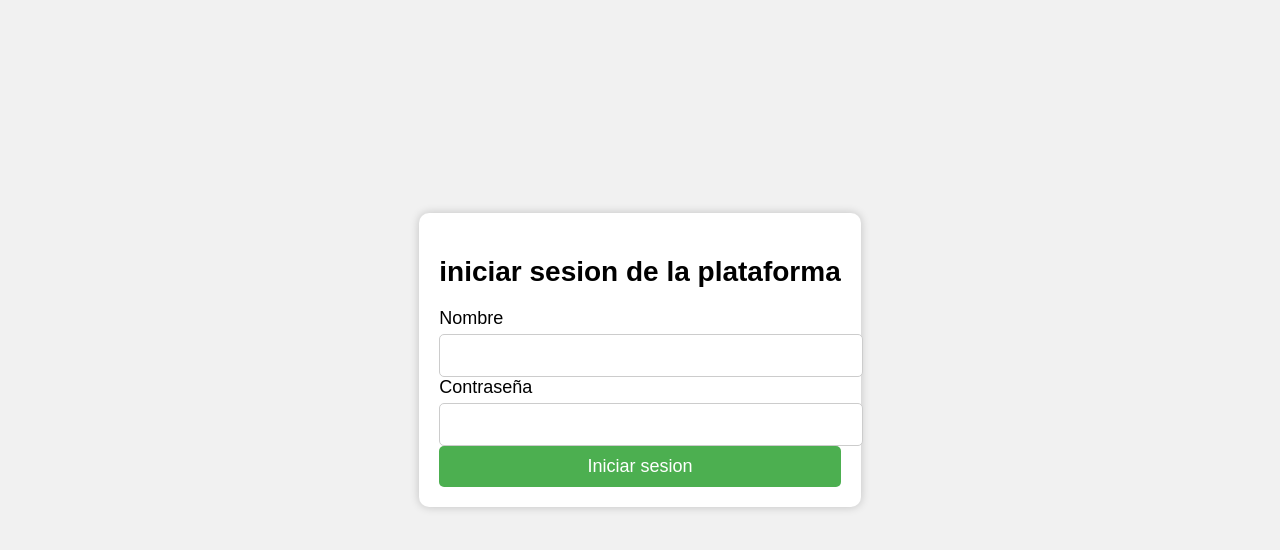
Repository: n0soyHacker/school-administration-app
Page: /
The author's editor kept a copy of each file at every save. The page is drawn from the files as they stood at one save, then again after the next save.
The browser window is 1280 px wide. The pictures show the whole page.
The project was rebuilt for these pictures with package versions that can differ from the ones it lists, and the page was loaded fresh each time.

Above is the page before, as saved 2023-02-18 19:32:50.

After the next save:
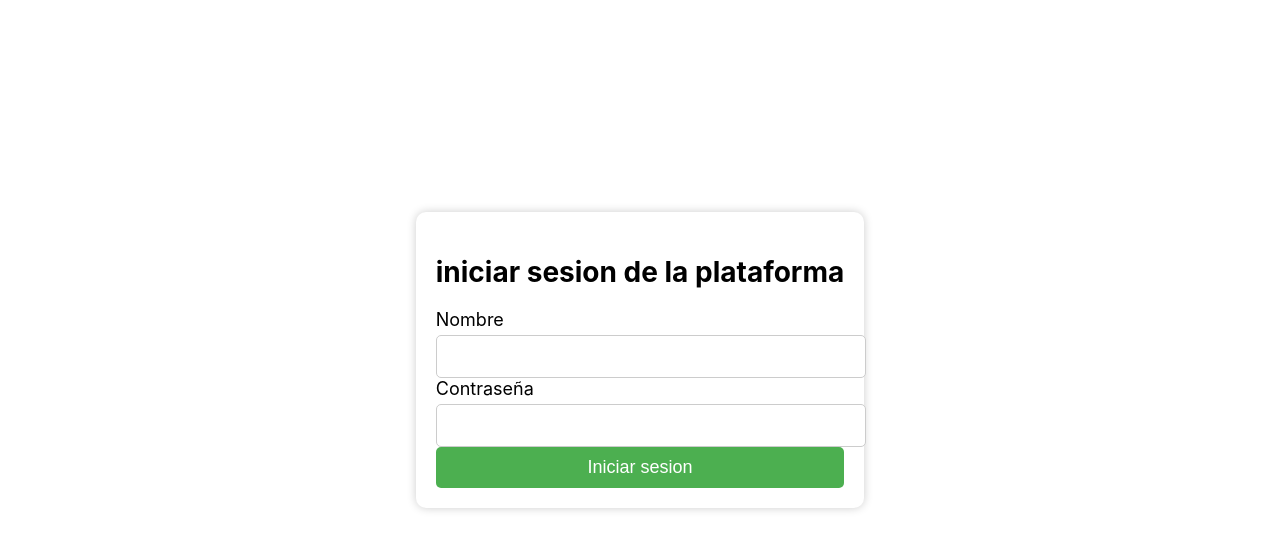
Saved 2 min 23 s later.
--- a/src/styleForm.css
+++ b/src/styleForm.css
@@ -1,60 +1,55 @@
-body {
-    font-family: sans-serif;
-    background-color: #f1f1f1;
-  }
+.container {
+  display: flex;
+  justify-content: center;
+  align-items: center;
+  height: 100vh;
+}
 
-  .container {
-    display: flex;
-    justify-content: center;
-    align-items: center;
-    height: 100vh;
-  }
+.form-container {
+  max-width: 500px;
+  background-color: #fff;
+  padding: 20px;
+  border-radius: 10px;
+  box-shadow: 0 0 10px rgba(0, 0, 0, 0.2);
+}
 
-  form {
-    max-width: 500px;
-    background-color: #fff;
-    padding: 20px;
-    border-radius: 10px;
-    box-shadow: 0 0 10px rgba(0, 0, 0, 0.2);
-  }
+h2 {
+  text-align: center;
+  font-size: 28px;
+  margin-bottom: 20px;
+}
 
-  h2 {
-    text-align: center;
-    font-size: 28px;
-    margin-bottom: 20px;
-  }
+.form-group {
+  margin-bottom: 20px;
+}
 
-  .form-group {
-    margin-bottom: 20px;
-  }
+label {
+  display: block;
+  margin-bottom: 5px;
+  font-size: 18px;
+}
 
-  label {
-    display: block;
-    margin-bottom: 5px;
-    font-size: 18px;
-  }
+input {
+  width: 100%;
+  padding: 10px;
+  font-size: 18px;
+  border-radius: 5px;
+  border: 1px solid #ccc;
+}
 
-  input {
-    width: 100%;
-    padding: 10px;
-    font-size: 18px;
-    border-radius: 5px;
-    border: 1px solid #ccc;
-  }
+button[type="submit"] {
+  display: block;
+  width: 100%;
+  padding: 10px;
+  background-color: #4CAF50;
+  color: #fff;
+  font-size: 18px;
+  border: none;
+  border-radius: 5px;
+  cursor: pointer;
+  transition: background-color 0.2s;
+}
 
-  button[type="submit"] {
-    display: block;
-    width: 100%;
-    padding: 10px;
-    background-color: #4CAF50;
-    color: #fff;
-    font-size: 18px;
-    border: none;
-    border-radius: 5px;
-    cursor: pointer;
-    transition: background-color 0.2s;
-  }
-
-  button[type="submit"]:hover {
-    background-color: #3e8e41;
-  }
+button[type="submit"]:hover {
+  background-color: #3e8e41;
+}
